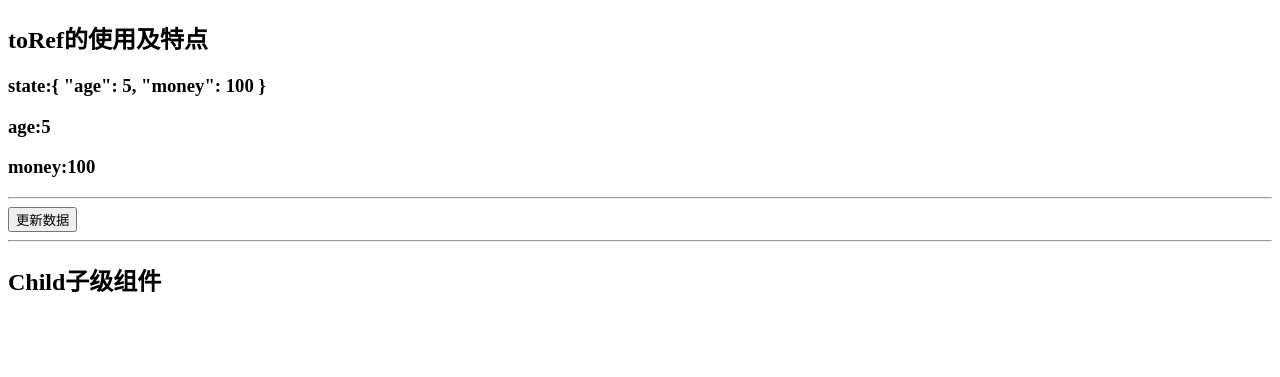
Repository: zhuhongxiang/Vue3.0-TSLeaning
Page: / (app in 04_Vue3/vue3_learning/)
These files come from the project's save history. The page is drawn as it stood at one moment and after the next save; the edit follows.
The browser window is 1280 px wide. The pictures show the whole page.
The project was rebuilt for these pictures with package versions that can differ from the ones it lists, and the page was loaded fresh each time.

Above is the page before, as saved 2021-07-27 11:23:16.

After the next save:
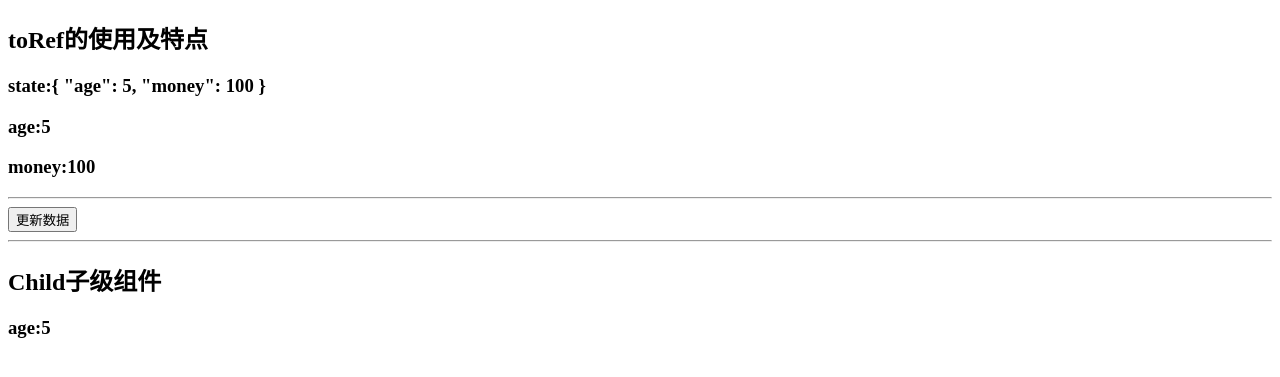
Saved 76 s later.
--- a/04_Vue3/vue3_learning/src/components/Child.vue
+++ b/04_Vue3/vue3_learning/src/components/Child.vue
@@ -1,12 +1,18 @@
 <template>
   <h2>Child子级组件</h2>
+  <h3>age:{{ age }}</h3>
 </template>
 
 <script lang='ts'>
 import { defineComponent, reactive } from "vue";
 export default defineComponent({
   name: "Child",
-  props: {},
+  props: {
+    age: {
+      type: Number,
+      required: true,
+    },
+  },
   components: {},
   setup() {
     return {};
